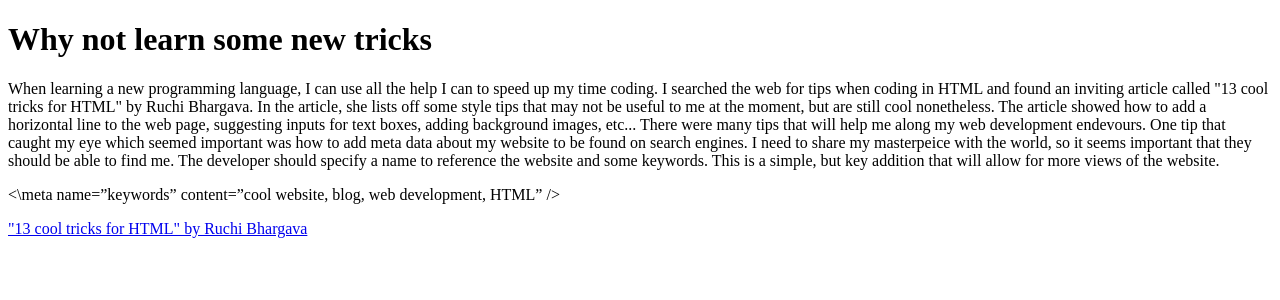
Repository: alharama/WebBlog
Page: index.html
The author's editor kept a copy of each file at every save. The page is drawn from the files as they stood at one save, then again after the next save.
The browser window is 1280 px wide. The pictures show the whole page.

Above is the page before, as saved 2021-09-03 00:39:10.

After the next save:
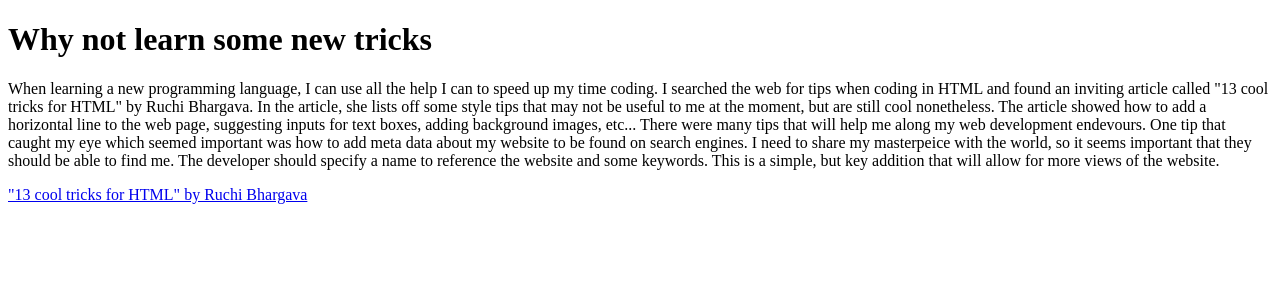
Saved 12 s later.
--- a/index.html
+++ b/index.html
@@ -24,7 +24,7 @@
 
 
 
-    <p> <\meta name=”keywords” content=”cool website, blog, web development, HTML” /> </p>
+    <p> <meta name=”keywords” content=”cool website, blog, web development, HTML” /> </p>
 
 
 <footer>
